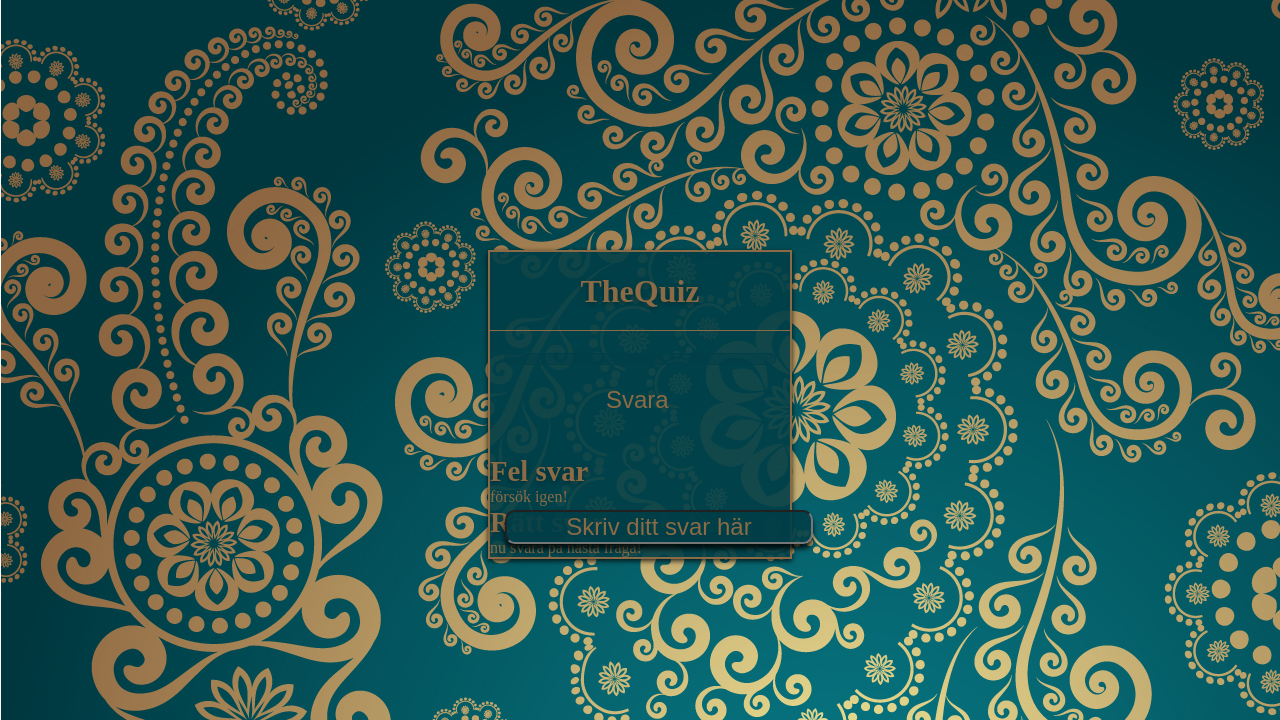
Repository: RebeccaFransson/1dv403-laborationer
Page: 4-thequiz/index.html
The author's editor kept a record of every edit. The page is drawn from the files as they stood at one moment, then again after the next edit.
The browser window is 1280 px wide. The pictures show the whole page.
The page's requests for data from a server got no answer.

Above is the page before.

### 4-thequiz/index.html
<!DOCTYPE html>
<html lang="sv">
<head>
	<meta charset="UTF-8" />
	<link rel="stylesheet" href="style.css" />
    <title>JavaScript - TheQuiz</title>
</head>
    <body>
        <div id="content">
        <header><h1>TheQuiz</h1></header>
        <div id="nr">
            <div id="quest"></div>

        </div>
        <form>
     		<input id="answer" placeholder="Skriv ditt svar här" type="text" id="textvalue" >
     		<input type="submit" value="Svara" id="send"/>
     		<p id="value"></p>
        </form>

        <div id="wrong" class="hidden" >
            <h2>Fel svar</h2> försök igen!
        </div>
        <div id="right" class="hidden" >
            <h2>Rätt svar</h2> nu svara på nästa fråga!
        </div>

 		</div>
 		<script src="script/theQuiz.js"></script>
    </body>
</html>

### 4-thequiz/style.css
body{
    background-image: url('BG.jpg');
    color:#8B6B45;
}
#content{
    width:300px;
    margin:auto;
    margin-top:250px;
    border: 2px solid #8B6B45;
    box-shadow: 0 2px 5px rgba(0, 0, 0, 0.8);
    background-color:rgba(0, 63, 72, 0.9);

}
h1{
    width: 300px;
    text-align:center;
    border:rgba(0, 63, 72, 0.5);
    border-bottom:1px solid #8B6B45;
    padding-bottom:20px;
    text-shadow: 0 2px 5px rgba(0, 0, 0, 0.3);
}
#nr{
    width: 270px;
    margin:auto;
    margin-bottom:20px;
    text-shadow: 0 2px 5px rgba(0, 0, 0, 0.8);
    text-align:center;
    font-size:1em;
    background-color:rgba(0, 63, 72, 0.5);
    border:1px solid rgb(0, 63, 72);
    -moz-border-radius: 10px;
    border-radius: 10px;
}
#quest{
    text-shadow: 0 2px 5px rgba(0, 0, 0, 0.3);
    text-align:center;
    font-size:2em;
    margin:10px;
}
form{
    width:270px;
    height:70px;
    margin:auto;
}
#textvalue{
    width:170px;
    position:relative;
    left:50px;
    border:rgba(0, 63, 72, 0.5);
    border-bottom:2px dotted #8B6B45;
    text-align:center;
    font-size:1em;
    background-color:rgba(0, 63, 72, 0.5);
    color: #8B6B45;
}
#send{
    width:70px;
    color: #8B6B45;
    margin-left:95px;
    border:none;
    font-size:1.5em;
    background-color:rgba(0, 63, 72, 0.1);

}
#send:hover{
    color:#8D6541;
    text-shadow: 0 5px 5px rgba(0, 0, 0, 0.3);
}
::-webkit-input-placeholder {
   color: #8B6B45;
}

:-moz-placeholder { /* Firefox 18- */
   color: #8B6B45;
}

::-moz-placeholder {  /* Firefox 19+ */
   color: #8B6B45;
}

:-ms-input-placeholder {
   color: #8B6B45;
}

#answer{
    width:300px;
    font-size:1.5em;
    text-align:center;
    position:absolute;
    top:510px;
    -moz-border-radius: 10px;
    border-radius: 10px;
    box-shadow: 0 5px 5px rgba(0, 0, 0, 0.8);
     background-color:rgba(0, 63, 72, 0.9);
}

h2{
    font-size:1.8em;
    text-shadow: 0 2px 5px rgba(0, 0, 0, 0.3);
    margin:0;
}
}
.hidden{
    display:none;
}

### 4-thequiz/script/theQuiz.js

var theQuiz = {

nextURL: '',
    get: function(){
        console.log('innan skall vara undefined '+theQuiz.nextURL);
        //  if(theQuiz.nextURL != null){
        //      console.log('next url finns'+theQuiz.nextURL);
        //      theQuiz.nextURL = theQuiz.nextURL;
        //  }else{
        //      console.log('next url finns INTE');
        //      theQuiz.nextURL = "http://vhost3.lnu.se:20080/question/1";
        //  }
        theQuiz.nextURL = theQuiz.nextURL || "http://vhost3.lnu.se:20080/question/1";
        console.log('nextURL: '+theQuiz.nextURL);
            var xhr = new XMLHttpRequest();

            xhr.onreadystatechange = function(){ //denna kod skall köras när vi får ett svar
                console.log('svar från server');
                if(xhr.readyState === 4 && xhr.status === 200){//allt ok

                    var quest = JSON.parse(xhr.responseText);
                    console.log('OK '+quest.question); //svarstext

                    document.getElementById('quest').innerHTML = quest.question;

                    document.getElementById('send').addEventListener('click', function(e){//hämtar ut knapp, sätter klick
                    e.preventDefault();
                    theQuiz.send(xhr, quest);
                });

                }else if(xhr.status === 404){
                        console.log('Hittades ej');
                }
            };

            xhr.open('GET', theQuiz.nextURL, true); //asynkromt anrop

            xhr.send(null);


    },

    send: function(xhr, quest){
            var input = document.getElementById('textvalue').value;

            xhr.open('POST', quest.nextURL, true);//skicka data till nästa url
            xhr.setRequestHeader('Content-Type', 'application/json');//talar om att ypen är json

            var product = {
                id: 1,
                answer: input,
            }

            xhr.send(JSON.stringify(product));

            xhr.onreadystatechange = function(){ //denna kod skall köras när vi får ett svar
                console.log('svar: '+input);
                var ansBox = document.getElementById('answer');
                var answer = JSON.parse(xhr.responseText);
                console.log('meddelande tillbaka: '+answer.message); //svarstext

                if(answer.nextURL != null){//RÄTT GRÖN FÄRG
                    ansBox.setAttribute('class', '');//class hidden försvinner
                    ansBox.innerHTML = answer.message;
                    if(answer.nextURL != undefined){//om nexturl finns, skicka till GET
                         theQuiz.nextURL = answer.nextURL;
                         theQuiz.get();
                         console.log("hej");
                     }else{//om inte skriv ut hur måna försök det tog
                         console.log('det tog 300 försök du suger!');
                     }

                }else{
                    ansBox.setAttribute('class', '');
                    ansBox.innerHTML = answer.message;//fel BLI RÖD

                }
            }

            //om svaret är rätt gå vidare till nästa fråga

            // xhr.open('GET', quest.theQuiz.nextURL, true);
            // var answer = JSON.parse(xhr.responseText);
            // console.log(answer);
    }
}
window.onload = theQuiz.get;

After the next edit:
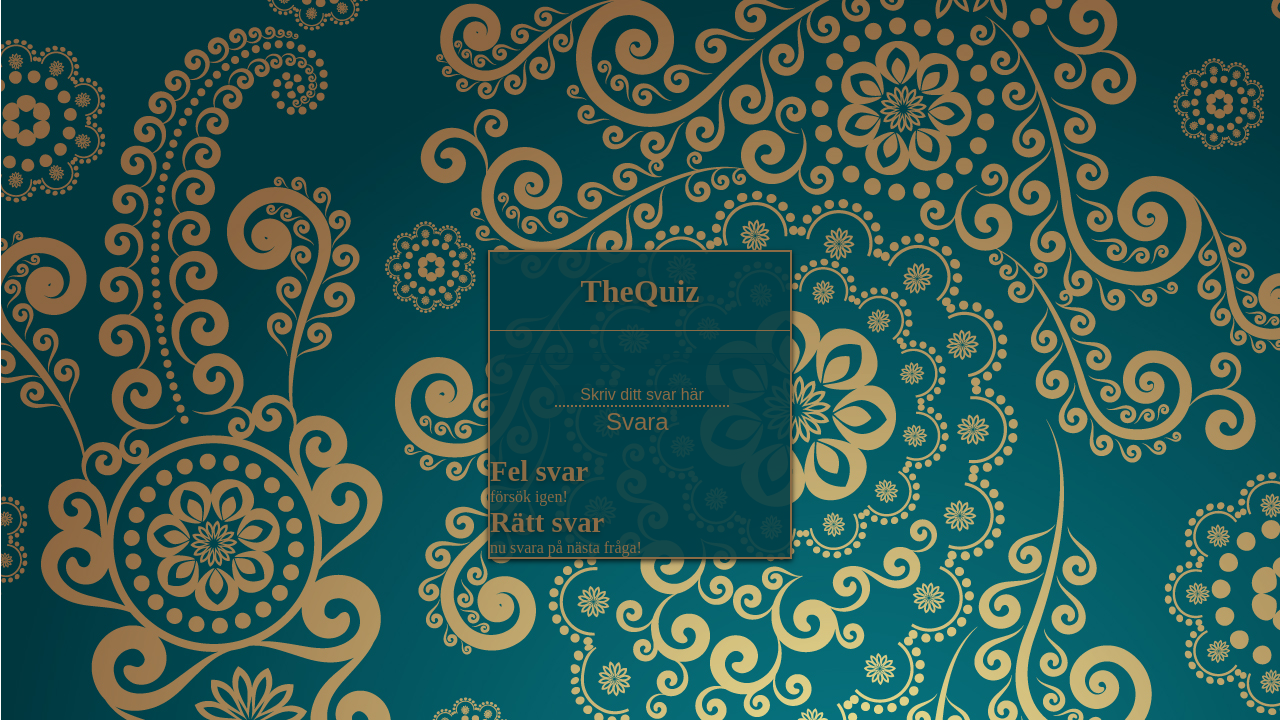
The edit:
--- a/4-thequiz/index.html
+++ b/4-thequiz/index.html
@@ -13,7 +13,7 @@
 
         </div>
         <form>
-     		<input id="answer" placeholder="Skriv ditt svar här" type="text" id="textvalue" >
+     		<input placeholder="Skriv ditt svar här" type="text" id="textvalue"/>
      		<input type="submit" value="Svara" id="send"/>
      		<p id="value"></p>
         </form>
